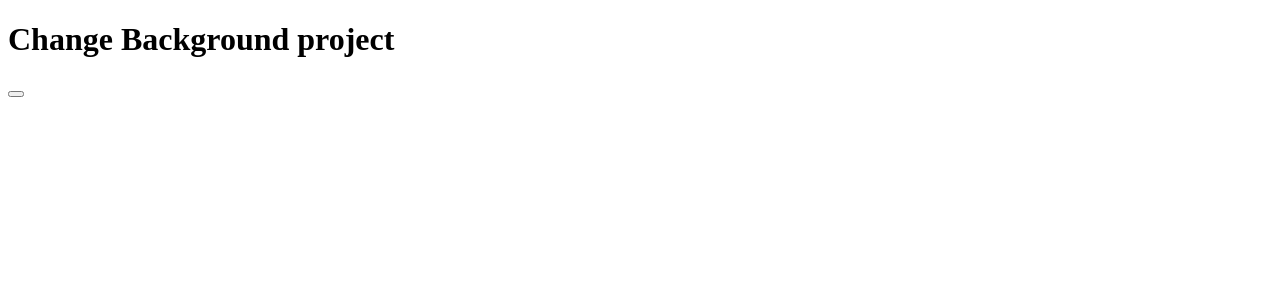
Repository: NiutaR/changeColors-dom
Page: index.html
The author's editor kept a copy of each file at every save. The page is drawn from the files as they stood at one save, then again after the next save.
The browser window is 1280 px wide. The pictures show the whole page.

Above is the page before, as saved 2021-07-20 15:26:00.

After the next save:
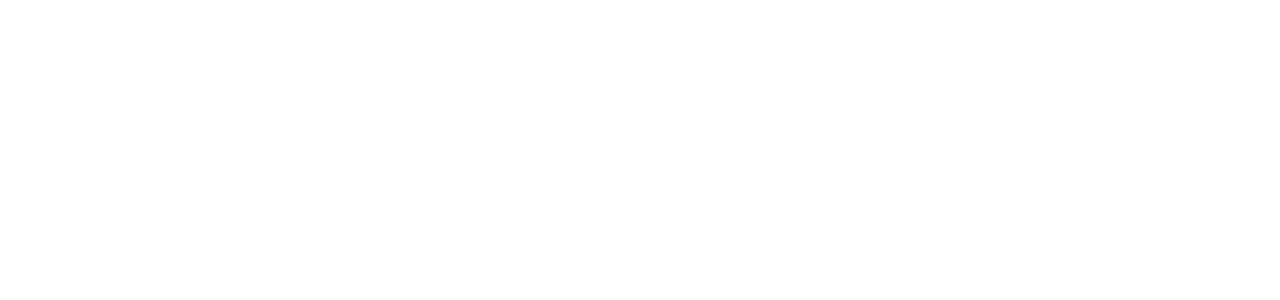
Saved 5 s later.
--- a/index.html
+++ b/index.html
@@ -8,8 +8,7 @@
 </head>
 <body>
     <div></div>
-    <h1>Change Background project</h1>
-    <button></button>
+
 
 
 </body>

After the save that followed:
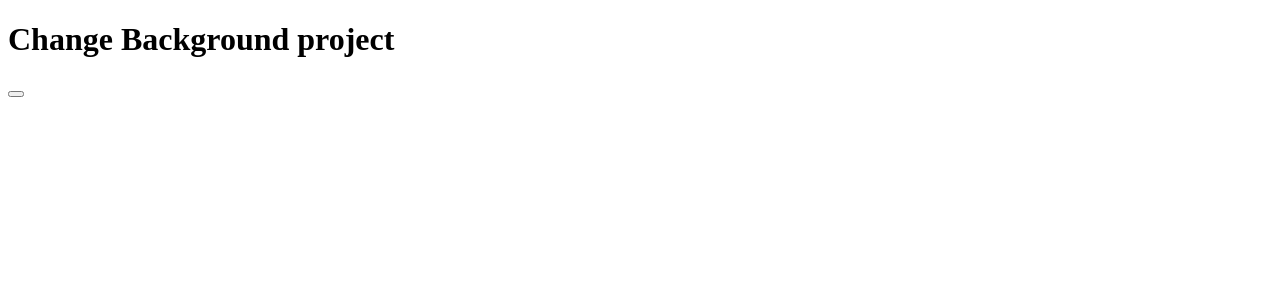
Saved 4 s later.
--- a/index.html
+++ b/index.html
@@ -7,7 +7,10 @@
     <title>Change Background project</title>
 </head>
 <body>
-    <div></div>
+    <div>
+        <h1>Change Background project</h1>
+    <button></button>
+    </div>
 
 
 
